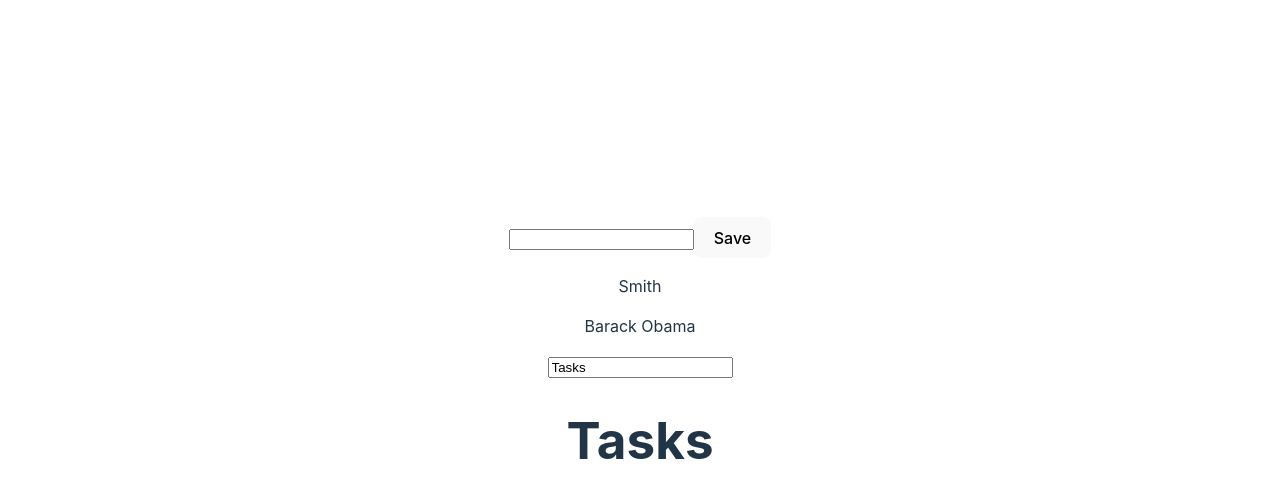
Repository: RonanKhalilOlaes/Olaes_Lab06-07_taskList
Page: /
An editor plug-in stored every save of this project. The page is shown before and after the next save, followed by the edit.
The browser window is 1280 px wide. The pictures show the whole page.
The project was rebuilt for these pictures with package versions that can differ from the ones it lists, and the page was loaded fresh each time. Also part of the build but not shown: vite.config.js.

Above is the page before, as saved 2024-10-22 21:50:12.

### src/App.jsx


// export default App;
// // let variable is...
// //react only renders when props changes or state changes...
import { useReducer } from 'react';
import { useState } from 'react';
import PropTypes from 'prop-types';

import './App.css';

const initialStudents = [
  {
    firstname: '  ',
    lastname: 'Smith',
    age: 26
  },
  {
    firstname: 'Barack',
    lastname: 'Obama',
    age: 60
  }
];

function App() {

  const [name, setName] = useState('Tasks');

  const [students, setStudents] = useState(initialStudents);

  const studentListUI = students.map((student, index) => (
    <p key={index}>{student.firstname} {student.lastname} </p>
  ));

  function handleKeyDown(e) {
    if (e.key === 'Enter') {
      setName(e.target.value);

      console.log(name);

      e.target.value = '';
    }
  }

  function handleChange(e) {
    setName(e.target.value);
  }

  function addStudent(student) {
    setStudents([...students, student]);
  }

  return (
    <>
      <StudentForm add={addStudent} />
      {studentListUI}
      <input type="text" onKeyDown={handleKeyDown}
        value={name}
        onChange={handleChange}
      />

      <h1>{name}</h1>

    </>
  );
}



function StudentForm(props) {
  // state variable for the form
  const [student, setStudent] = useState({
    firstname: '',
    lastname: '',
    age: 0
  });

  function handleSubmit(e) {
    e.preventDefault();
    props.add(student);

    setStudent({
      firstname: '',
      lastname: '',
      age: 0
    });
  }

  return (
    <form onSubmit={handleSubmit}>
      <input type="text" value={student.firstname}
        onChange={(e) => setStudent({ ...student, firstname: e.target.value })} />
      {/* <input type="text" value={student.lastname}
        onChange={(e) => setStudent({ ...student, lastname: e.target.value })} />
      <input type="number" value={student.age}
        onChange={(e) => setStudent({ ...student, age: e.target.value })}/> */}

      <button>Save</button>
    </form>
  );
}

export default App;

// components



export function TaskList({ tasks, onChangeTask, onDeleteTask }) {
  return (
    <ul>
      {tasks.map(task => (
        <li key={task.id}>
          <Task
            task={task}
            onChange={onChangeTask}
            onDelete={onDeleteTask}
          />
        </li>
      ))}
    </ul>
  );
}

TaskList.propTypes = {
  tasks: PropTypes.arrayOf(
    PropTypes.shape({
      id: PropTypes.number.isRequired,
      text: PropTypes.string.isRequired,
      done: PropTypes.bool.isRequired
    })
  ).isRequired,
  onChangeTask: PropTypes.func.isRequired,
  onDeleteTask: PropTypes.func.isRequired,
};

function Task({ task, onChange, onDelete }) {
  const [isEditing, setIsEditing] = useState(false);
  let taskContent;

  if (isEditing) {
    taskContent = (
      <>
        <input
          value={task.text}
          onChange={e => {
            onChange({
              ...task,
              text: e.target.value,
            });
          }}
        />
        <button onClick={() => setIsEditing(false)}>Save</button>
      </>
    );
  } else {
    taskContent = (
      <>
        {task.text}
        <button onClick={() => setIsEditing(true)}>Edit</button>
      </>
    );
  }

  return (
    <label>
      <input
        type="checkbox"
        checked={task.done}
        onChange={e => {
          onChange({
            ...task,
            done: e.target.checked,
          });
        }}
      />
      {taskContent}
      <button onClick={() => onDelete(task.id)}>Delete</button>
    </label>
  );
}

Task.propTypes = {
  task: PropTypes.shape({
    id: PropTypes.number.isRequired,
    text: PropTypes.string.isRequired,
    done: PropTypes.bool.isRequired,
  }).isRequired,
  onChange: PropTypes.func.isRequired,
  onDelete: PropTypes.func.isRequired,
};

### src/App.css
#root {
  max-width: 1280px;
  margin: 0 auto;
  padding: 2rem;
  text-align: center;
}

.logo {
  height: 6em;
  padding: 1.5em;
  will-change: filter;
  transition: filter 300ms;
}
.logo:hover {
  filter: drop-shadow(0 0 2em #646cffaa);
}
.logo.react:hover {
  filter: drop-shadow(0 0 2em #61dafbaa);
}

@keyframes logo-spin {
  from {
    transform: rotate(0deg);
  }
  to {
    transform: rotate(360deg);
  }
}

@media (prefers-reduced-motion: no-preference) {
  a:nth-of-type(2) .logo {
    animation: logo-spin infinite 20s linear;
  }
}

.card {
  padding: 2em;
}

.read-the-docs {
  color: #888;
}

.tile {
  width: 5em;
  height: 5em;
  margin: 1em;
}

Loaded but not shown: index.html (common file); src/main.jsx (common file); src/index.css (common file)

After the next save:
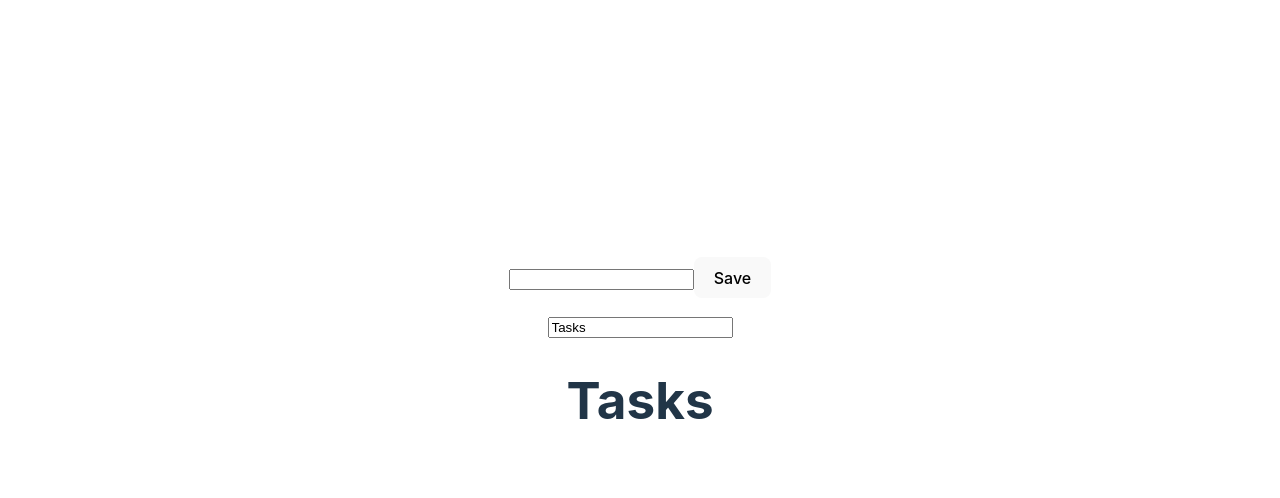
Saved 19 s later.
--- a/src/App.jsx
+++ b/src/App.jsx
@@ -12,12 +12,12 @@ import './App.css';
 const initialStudents = [
   {
     firstname: '  ',
-    lastname: 'Smith',
+    lastname: '',
     age: 26
   },
   {
-    firstname: 'Barack',
-    lastname: 'Obama',
+    firstname: '',
+    lastname: '',
     age: 60
   }
 ];
